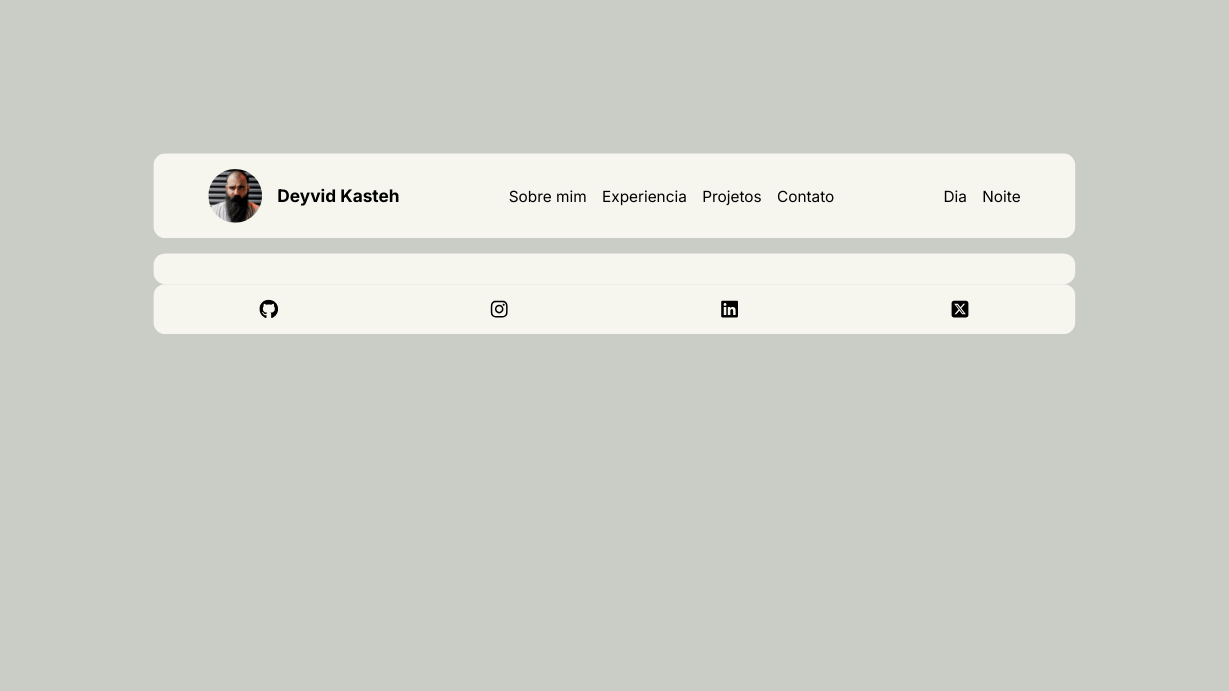
Repository: Deyvid-Kasteh/kasteh_portfolio
Page: /
These files come from the project's save history. The page is drawn as it stood at one moment and after a run of saves; the edit follows.
The browser window is 1280 px wide. The pictures show the whole page, at 96% of full size.
The project was rebuilt for these pictures with package versions that can differ from the ones it lists, and the page was loaded fresh each time. The framework's server and built-in components were replaced by stand-ins that run in the browser. Also part of the build but not shown: next.config.mjs.

Above is the page before, as saved 2024-03-26 00:30:23.

After the next 4 saves:
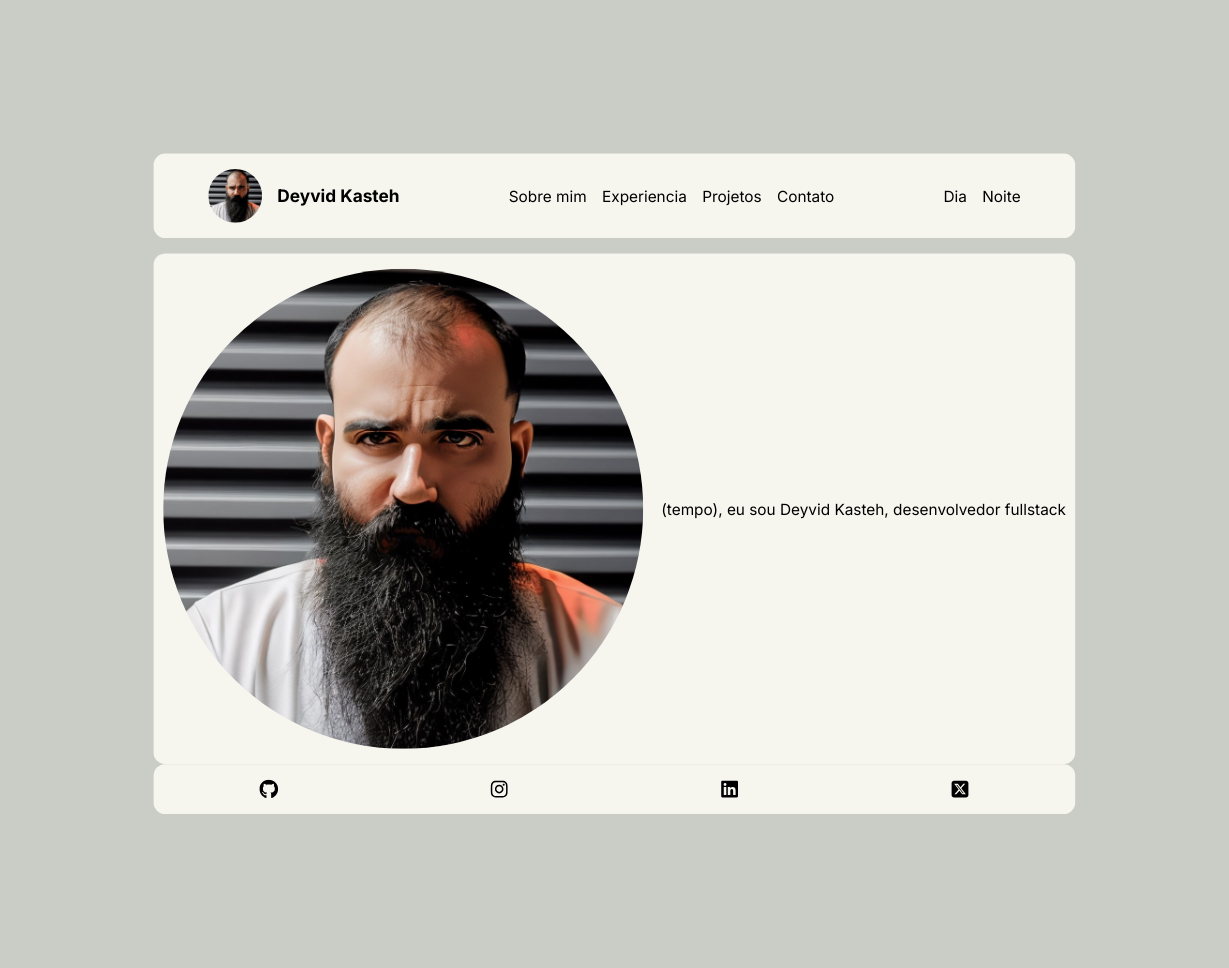
The 4 saves are shown as one change because they came seconds apart.
The last was saved 16 s later.
--- a/src/app/components/main.tsx
+++ b/src/app/components/main.tsx
@@ -1,8 +1,10 @@
 import React from 'react'
+import SobreMim from './SobreMim';
 
 const Main: React.FC = () => {
   return (
     <main className="bg-customGrayComponents flex justify-around items-center py-4 rounded-xl">
+      <SobreMim/>
 
     </main>
   );
